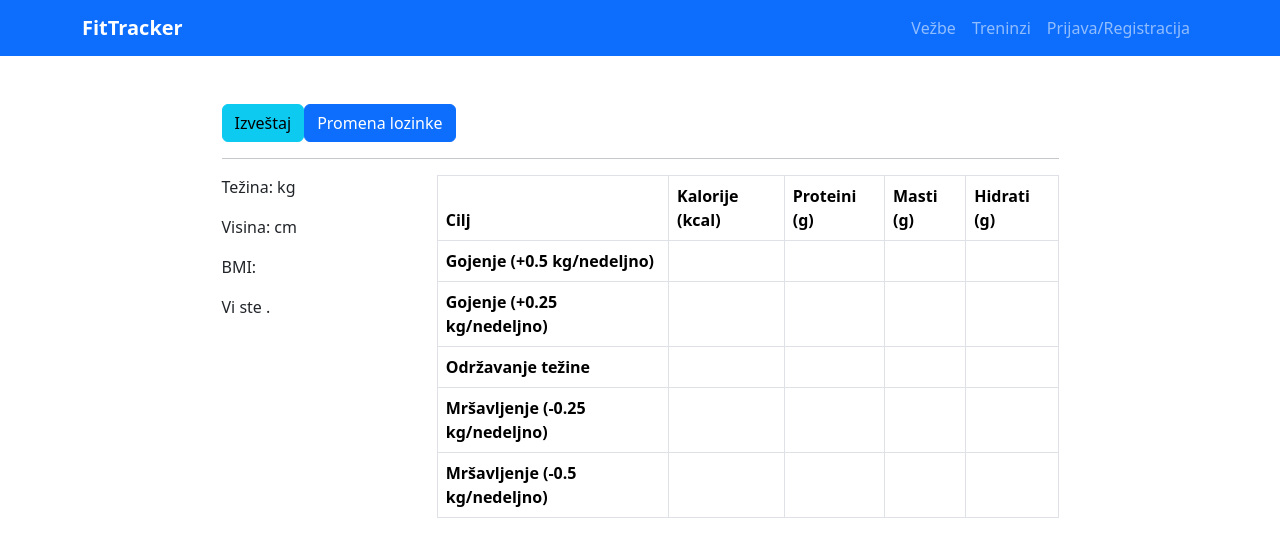
Repository: M1K1B/FitTracker
Page: http://localhost/FitTrackerWeb/profil.jsp
These files come from the project's save history. The page is drawn as it stood at one moment and after the next save; the edit follows.
The browser window is 1280 px wide. The pictures show the whole page.
The page is served by Tomcat 9. The template is opened directly, without the code that normally fills it, so the values that code supplies are empty.

Above is the page before, as saved 2024-02-06 13:50:37.

After the next save:
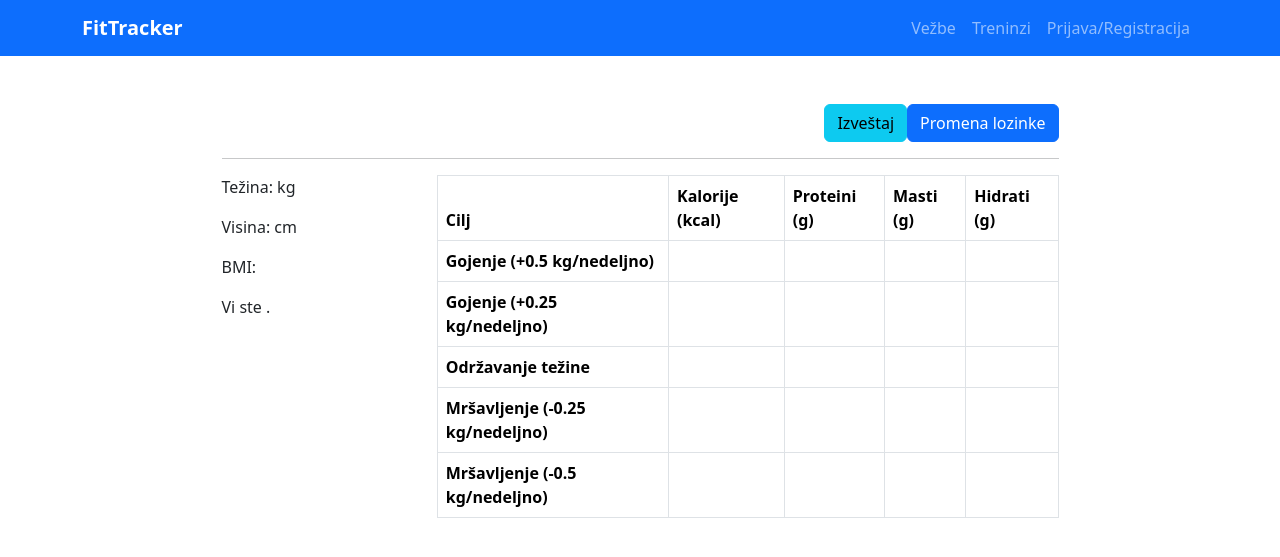
Saved 67 s later.
--- a/FitTrackerWeb/src/main/webapp/profil.jsp
+++ b/FitTrackerWeb/src/main/webapp/profil.jsp
@@ -37,6 +37,7 @@
 					<h3 class="h3">${ korisnik.ime }${ korisnik.prezime }</h3>
 					<p>${ korisnik.email }</p>
 				</div>
+				<div class="flex-grow-1"></div>
 				<a class="btn btn-info">Izveštaj</a>
 				<a class="btn btn-primary">Promena lozinke</a>
 			</div>
